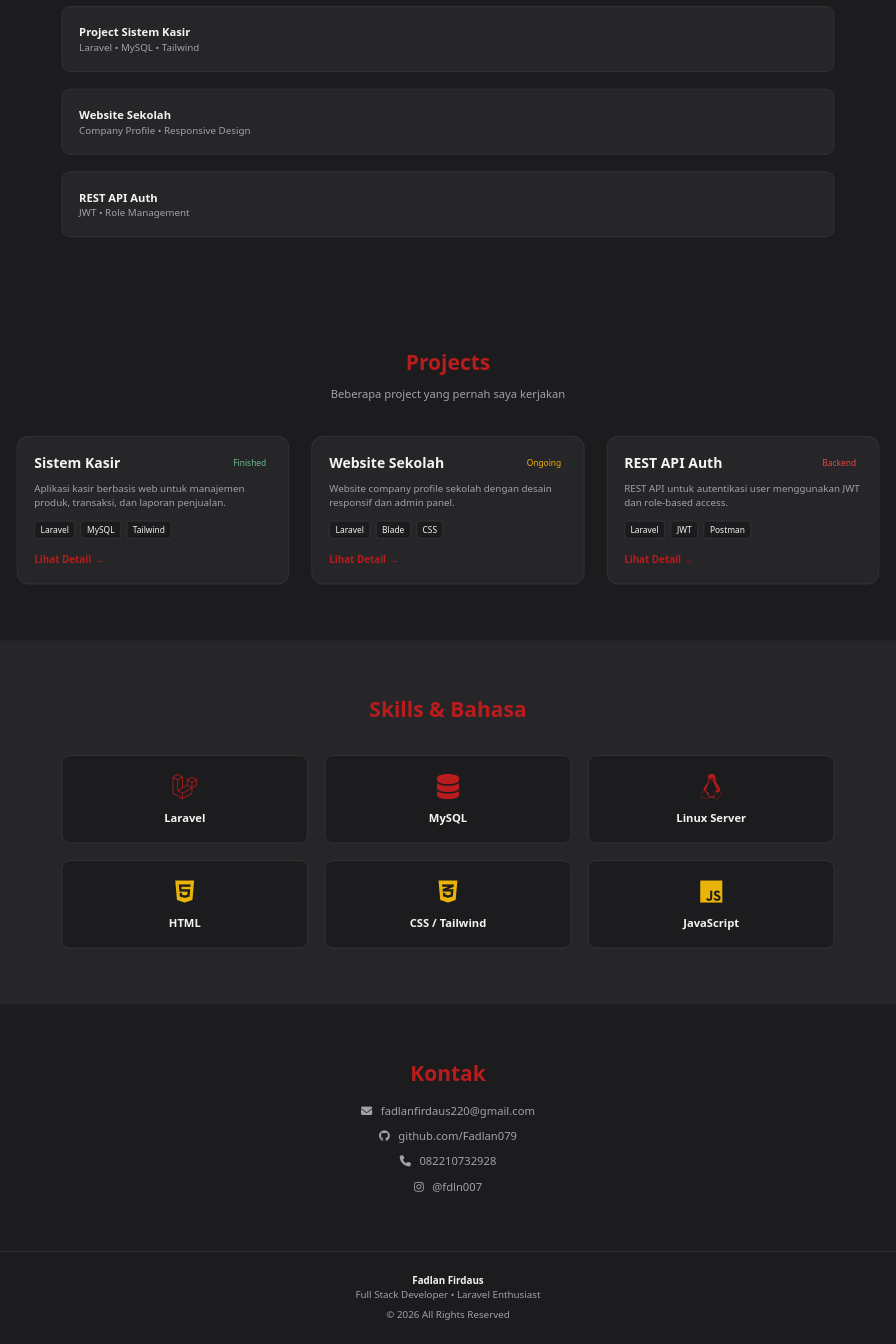
Repository: Fadlan079/Personal-Portfolio
Page: http://localhost/
These files come from the project's save history. The page is drawn as it stood at one moment and after the next save; the edit follows.
The browser window is 1280 px wide. The pictures show the part of the page from y = 1147 to 3067 px (the page is 3067 px tall before and 2571 px after), at 70% of full size.
Some web libraries are served in a nearby version. The page is served by the project's Laravel application, run on PHP 8.4 with Laravel 12.

Above is the page before, as saved 2026-01-14 14:21:56.

After the next save:
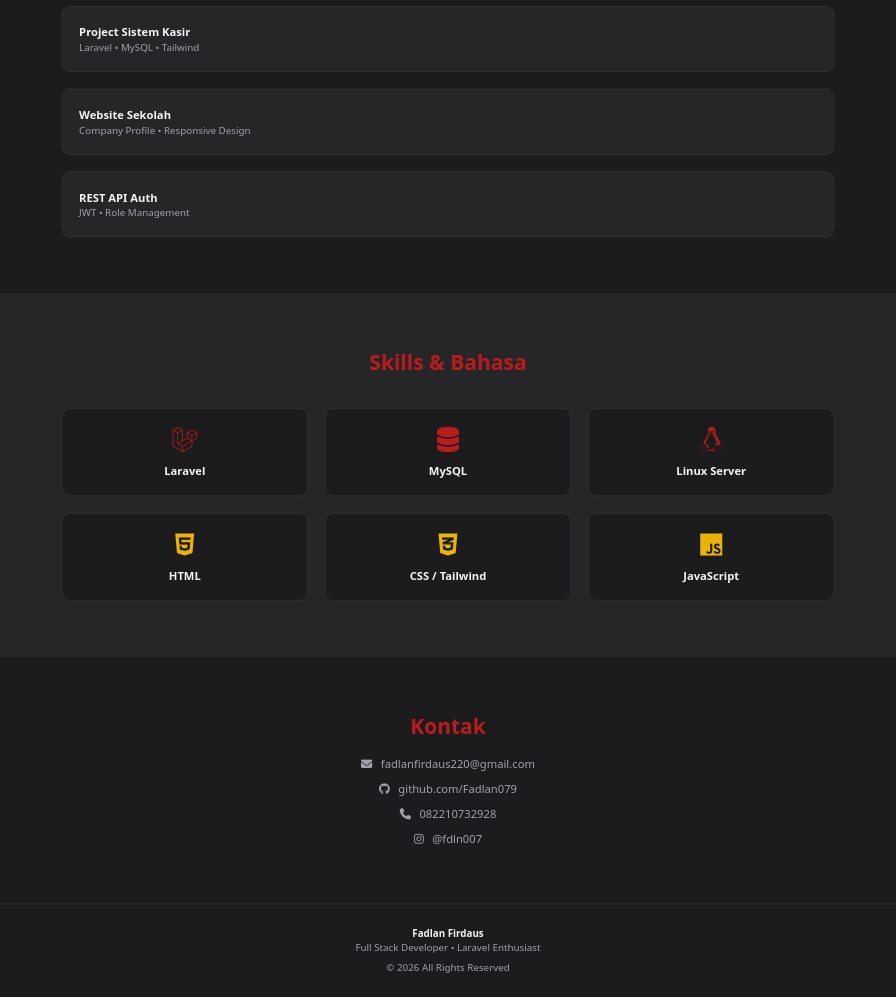
Saved 28 s later.
--- a/resources/views/portofolio.blade.php
+++ b/resources/views/portofolio.blade.php
@@ -133,96 +133,6 @@
   </div>
 </section>
 
-<!-- Projects -->
-<section id="projects" class="py-20 bg-bg">
-  <div class="max-w-7xl mx-auto px-6">
-    <h3 class="text-3xl font-bold text-center mb-4 text-primary">Projects</h3>
-    <p class="text-muted text-center mb-12">
-      Beberapa project yang pernah saya kerjakan
-    </p>
-
-    <div class="grid md:grid-cols-3 gap-8">
-
-      <!-- Project Card -->
-      <div class="bg-surface border border-border rounded-2xl p-6 hover:-translate-y-2 transition">
-        <div class="flex justify-between items-center mb-3">
-          <h4 class="text-xl font-semibold">Sistem Kasir</h4>
-          <span class="text-xs px-2 py-1 rounded bg-success/20 text-success">
-            Finished
-          </span>
-        </div>
-
-        <p class="text-muted text-sm mb-4">
-          Aplikasi kasir berbasis web untuk manajemen produk, transaksi,
-          dan laporan penjualan.
-        </p>
-
-        <!-- Tech Stack -->
-        <div class="flex flex-wrap gap-2 text-xs mb-4">
-          <span class="px-2 py-1 bg-bg border border-border rounded">Laravel</span>
-          <span class="px-2 py-1 bg-bg border border-border rounded">MySQL</span>
-          <span class="px-2 py-1 bg-bg border border-border rounded">Tailwind</span>
-        </div>
-
-        <!-- Action -->
-        <a href="#" class="text-primary text-sm font-semibold hover:underline">
-          Lihat Detail →
-        </a>
-      </div>
-
-      <!-- Project Card -->
-      <div class="bg-surface border border-border rounded-2xl p-6 hover:-translate-y-2 transition">
-        <div class="flex justify-between items-center mb-3">
-          <h4 class="text-xl font-semibold">Website Sekolah</h4>
-          <span class="text-xs px-2 py-1 rounded bg-warning/20 text-warning">
-            Ongoing
-          </span>
-        </div>
-
-        <p class="text-muted text-sm mb-4">
-          Website company profile sekolah dengan desain responsif
-          dan admin panel.
-        </p>
-
-        <div class="flex flex-wrap gap-2 text-xs mb-4">
-          <span class="px-2 py-1 bg-bg border border-border rounded">Laravel</span>
-          <span class="px-2 py-1 bg-bg border border-border rounded">Blade</span>
-          <span class="px-2 py-1 bg-bg border border-border rounded">CSS</span>
-        </div>
-
-        <a href="#" class="text-primary text-sm font-semibold hover:underline">
-          Lihat Detail →
-        </a>
-      </div>
-
-      <!-- Project Card -->
-      <div class="bg-surface border border-border rounded-2xl p-6 hover:-translate-y-2 transition">
-        <div class="flex justify-between items-center mb-3">
-          <h4 class="text-xl font-semibold">REST API Auth</h4>
-          <span class="text-xs px-2 py-1 rounded bg-danger/20 text-danger">
-            Backend
-          </span>
-        </div>
-
-        <p class="text-muted text-sm mb-4">
-          REST API untuk autentikasi user menggunakan JWT
-          dan role-based access.
-        </p>
-
-        <div class="flex flex-wrap gap-2 text-xs mb-4">
-          <span class="px-2 py-1 bg-bg border border-border rounded">Laravel</span>
-          <span class="px-2 py-1 bg-bg border border-border rounded">JWT</span>
-          <span class="px-2 py-1 bg-bg border border-border rounded">Postman</span>
-        </div>
-
-        <a href="#" class="text-primary text-sm font-semibold hover:underline">
-          Lihat Detail →
-        </a>
-      </div>
-
-    </div>
-  </div>
-</section>
 
 
 <!-- Skills -->

After the save that followed:
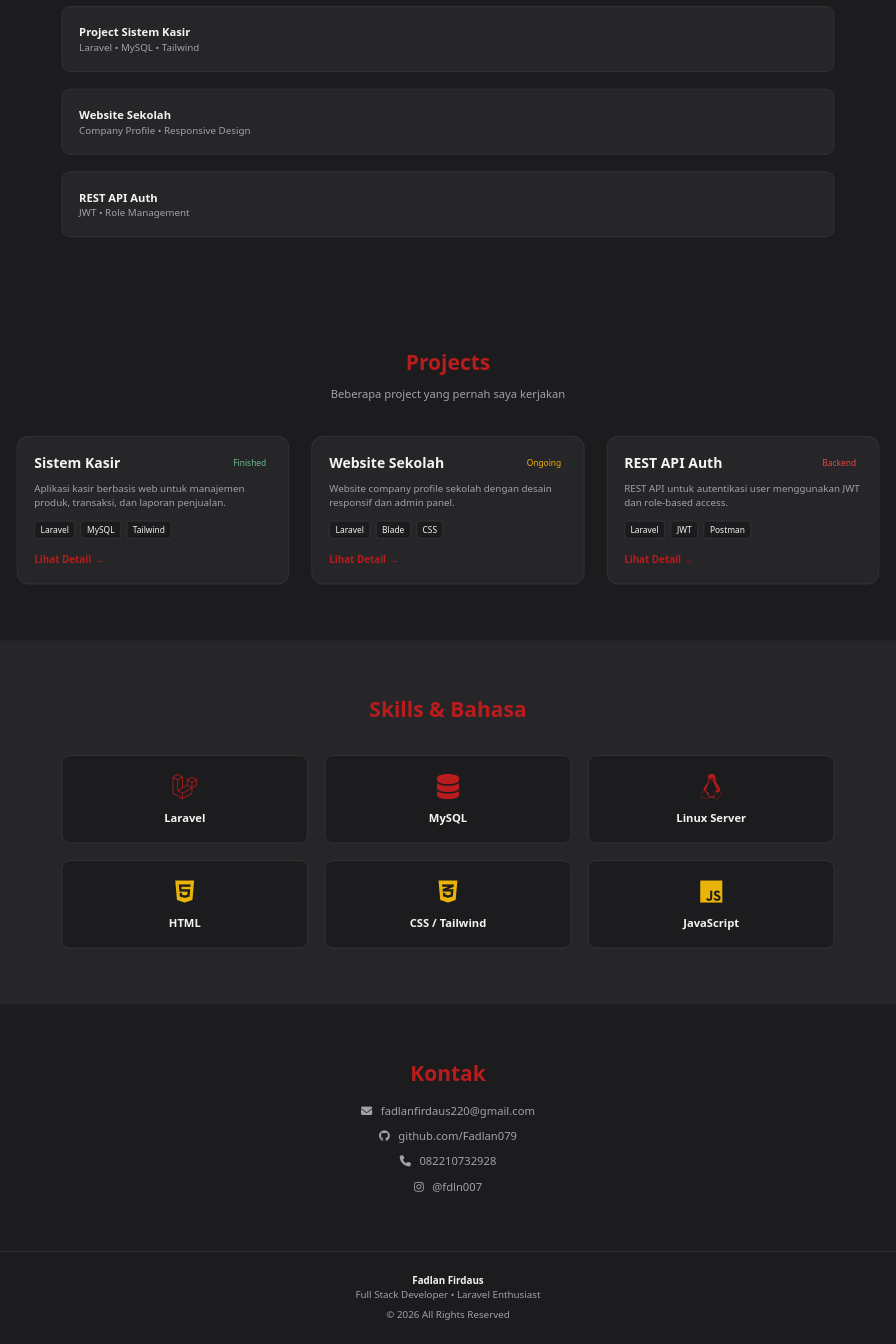
Saved 13 s later.
--- a/resources/views/portofolio.blade.php
+++ b/resources/views/portofolio.blade.php
@@ -133,6 +133,96 @@
   </div>
 </section>
 
+<!-- Projects -->
+<section id="projects" class="py-20 bg-bg">
+  <div class="max-w-7xl mx-auto px-6">
+    <h3 class="text-3xl font-bold text-center mb-4 text-primary">Projects</h3>
+    <p class="text-muted text-center mb-12">
+      Beberapa project yang pernah saya kerjakan
+    </p>
+
+    <div class="grid md:grid-cols-3 gap-8">
+
+      <!-- Project Card -->
+      <div class="bg-surface border border-border rounded-2xl p-6 hover:-translate-y-2 transition">
+        <div class="flex justify-between items-center mb-3">
+          <h4 class="text-xl font-semibold">Sistem Kasir</h4>
+          <span class="text-xs px-2 py-1 rounded bg-success/20 text-success">
+            Finished
+          </span>
+        </div>
+
+        <p class="text-muted text-sm mb-4">
+          Aplikasi kasir berbasis web untuk manajemen produk, transaksi,
+          dan laporan penjualan.
+        </p>
+
+        <!-- Tech Stack -->
+        <div class="flex flex-wrap gap-2 text-xs mb-4">
+          <span class="px-2 py-1 bg-bg border border-border rounded">Laravel</span>
+          <span class="px-2 py-1 bg-bg border border-border rounded">MySQL</span>
+          <span class="px-2 py-1 bg-bg border border-border rounded">Tailwind</span>
+        </div>
+
+        <!-- Action -->
+        <a href="#" class="text-primary text-sm font-semibold hover:underline">
+          Lihat Detail →
+        </a>
+      </div>
+
+      <!-- Project Card -->
+      <div class="bg-surface border border-border rounded-2xl p-6 hover:-translate-y-2 transition">
+        <div class="flex justify-between items-center mb-3">
+          <h4 class="text-xl font-semibold">Website Sekolah</h4>
+          <span class="text-xs px-2 py-1 rounded bg-warning/20 text-warning">
+            Ongoing
+          </span>
+        </div>
+
+        <p class="text-muted text-sm mb-4">
+          Website company profile sekolah dengan desain responsif
+          dan admin panel.
+        </p>
+
+        <div class="flex flex-wrap gap-2 text-xs mb-4">
+          <span class="px-2 py-1 bg-bg border border-border rounded">Laravel</span>
+          <span class="px-2 py-1 bg-bg border border-border rounded">Blade</span>
+          <span class="px-2 py-1 bg-bg border border-border rounded">CSS</span>
+        </div>
+
+        <a href="#" class="text-primary text-sm font-semibold hover:underline">
+          Lihat Detail →
+        </a>
+      </div>
+
+      <!-- Project Card -->
+      <div class="bg-surface border border-border rounded-2xl p-6 hover:-translate-y-2 transition">
+        <div class="flex justify-between items-center mb-3">
+          <h4 class="text-xl font-semibold">REST API Auth</h4>
+          <span class="text-xs px-2 py-1 rounded bg-danger/20 text-danger">
+            Backend
+          </span>
+        </div>
+
+        <p class="text-muted text-sm mb-4">
+          REST API untuk autentikasi user menggunakan JWT
+          dan role-based access.
+        </p>
+
+        <div class="flex flex-wrap gap-2 text-xs mb-4">
+          <span class="px-2 py-1 bg-bg border border-border rounded">Laravel</span>
+          <span class="px-2 py-1 bg-bg border border-border rounded">JWT</span>
+          <span class="px-2 py-1 bg-bg border border-border rounded">Postman</span>
+        </div>
+
+        <a href="#" class="text-primary text-sm font-semibold hover:underline">
+          Lihat Detail →
+        </a>
+      </div>
+
+    </div>
+  </div>
+</section>
 
 
 <!-- Skills -->
